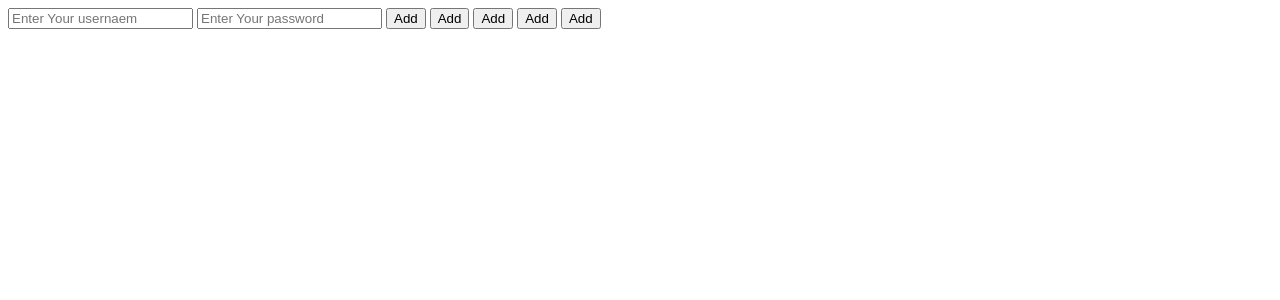
Repository: Rudra-Shiva74/JSP
Page: http://localhost/Check2/
An editor plug-in stored every save of this project. The page is shown before and after the next save, followed by the edit.
The browser window is 1280 px wide. The pictures show the whole page.
The page is served by Tomcat 10. Other server files are loaded and not shown.

Above is the page before, as saved 2023-09-02 19:41:51.

### Check2/src/main/webapp/index.jsp
<%@ page language="java" contentType="text/html; charset=UTF-8"
	pageEncoding="UTF-8"%>
<!DOCTYPE html>
<html>
<head>
<meta charset="UTF-8">
<title>Login Here</title>
</head>
<body>
	<form action="Abhishek" method="post">
		<input type="text" placeholder="Enter Your usernaem" name="username" />
		<input type="password" placeholder="Enter Your password"
			name="password" /> <input type="submit" value="Add" name="action" />
			<input type="submit" value="Add" name="action" />
			<input type="submit" value="Add" name="action" />
			<input type="submit" value="Add" name="action" />
			<input type="submit" value="Add" name="action" />
	</form>
</body>
</html>

After the next save:
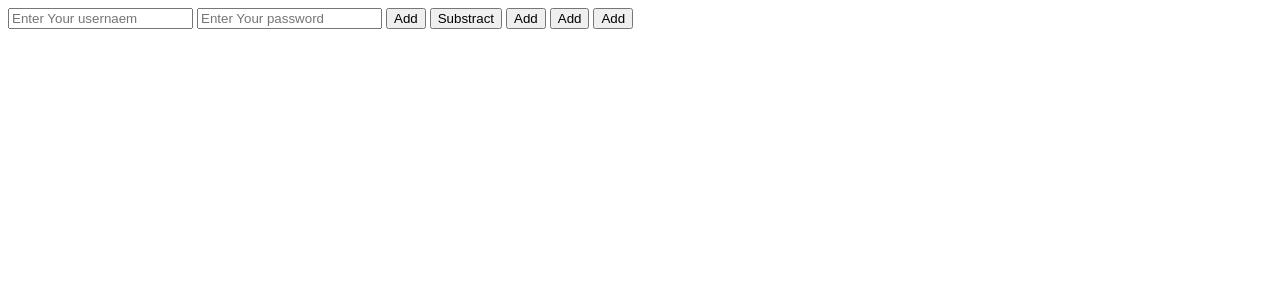
Saved 6 s later.
--- a/Check2/src/main/webapp/index.jsp
+++ b/Check2/src/main/webapp/index.jsp
@@ -11,7 +11,7 @@
 		<input type="text" placeholder="Enter Your usernaem" name="username" />
 		<input type="password" placeholder="Enter Your password"
 			name="password" /> <input type="submit" value="Add" name="action" />
-			<input type="submit" value="Add" name="action" />
+			<input type="submit" value="Substract" name="action" />
 			<input type="submit" value="Add" name="action" />
 			<input type="submit" value="Add" name="action" />
 			<input type="submit" value="Add" name="action" />
